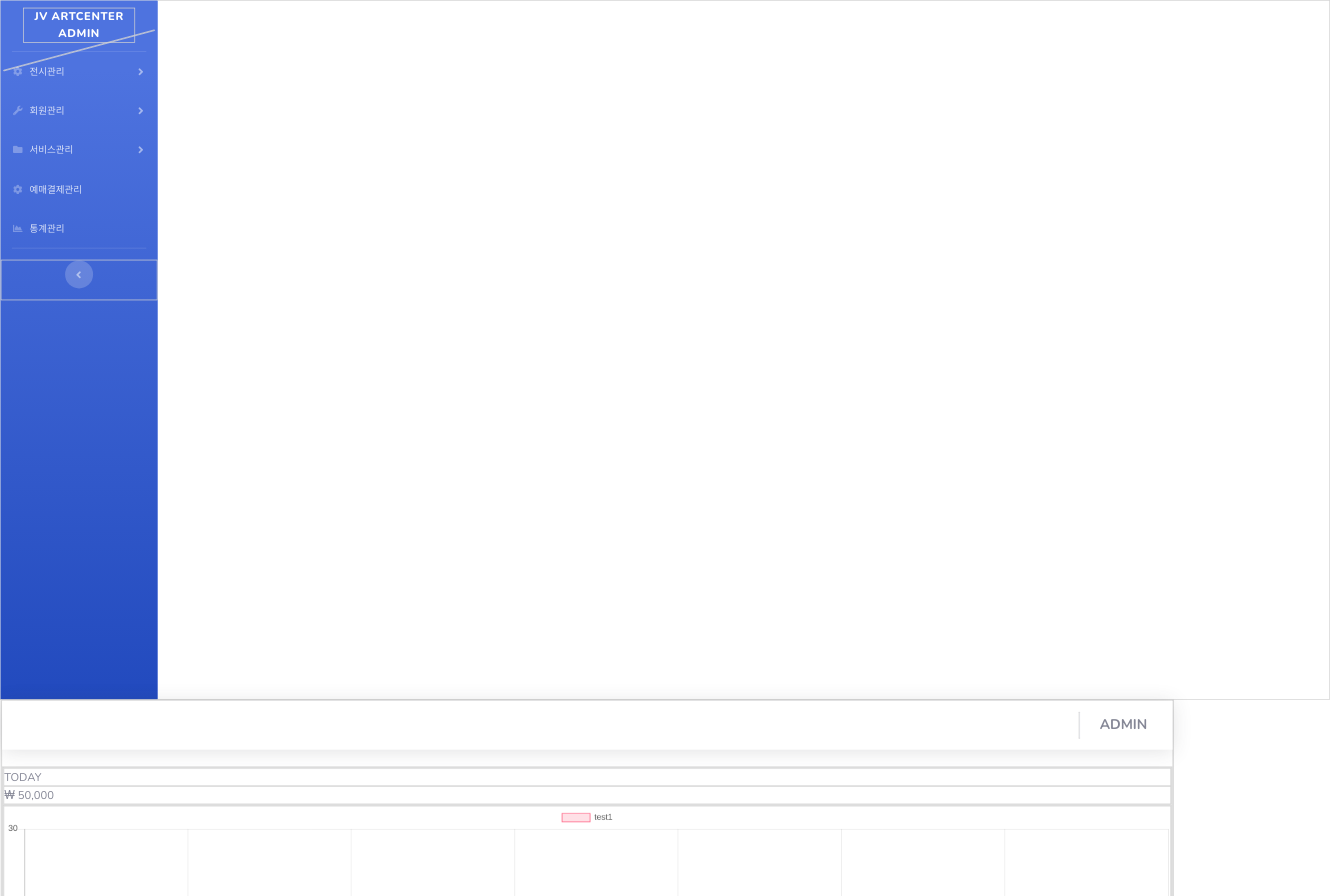
Repository: pshysd/SEMI_PROJECT
Page: http://localhost/JVArtCenter/views/admin/adminMain.jsp
The author's editor kept a copy of each file at every save. The page is drawn from the files as they stood at one save, then again after the next save.
The browser window is 1280 px wide. The page is 1900 px wide, so the pictures cover 1900 px, including what lies to the right of the window. The pictures show the part of the page from y = 0 to 1280 px (the page is 2930 px tall before and 4797 px after), at 70% of full size.
Some web libraries are served in a nearby version. The page is served by Tomcat 9. Nobody is signed in. The application's start-up code is not run.

Above is the page before, as saved 2022-10-27 07:26:53.
Console error: TypeError: Cannot read properties of null (reading 'length')

After the next save:
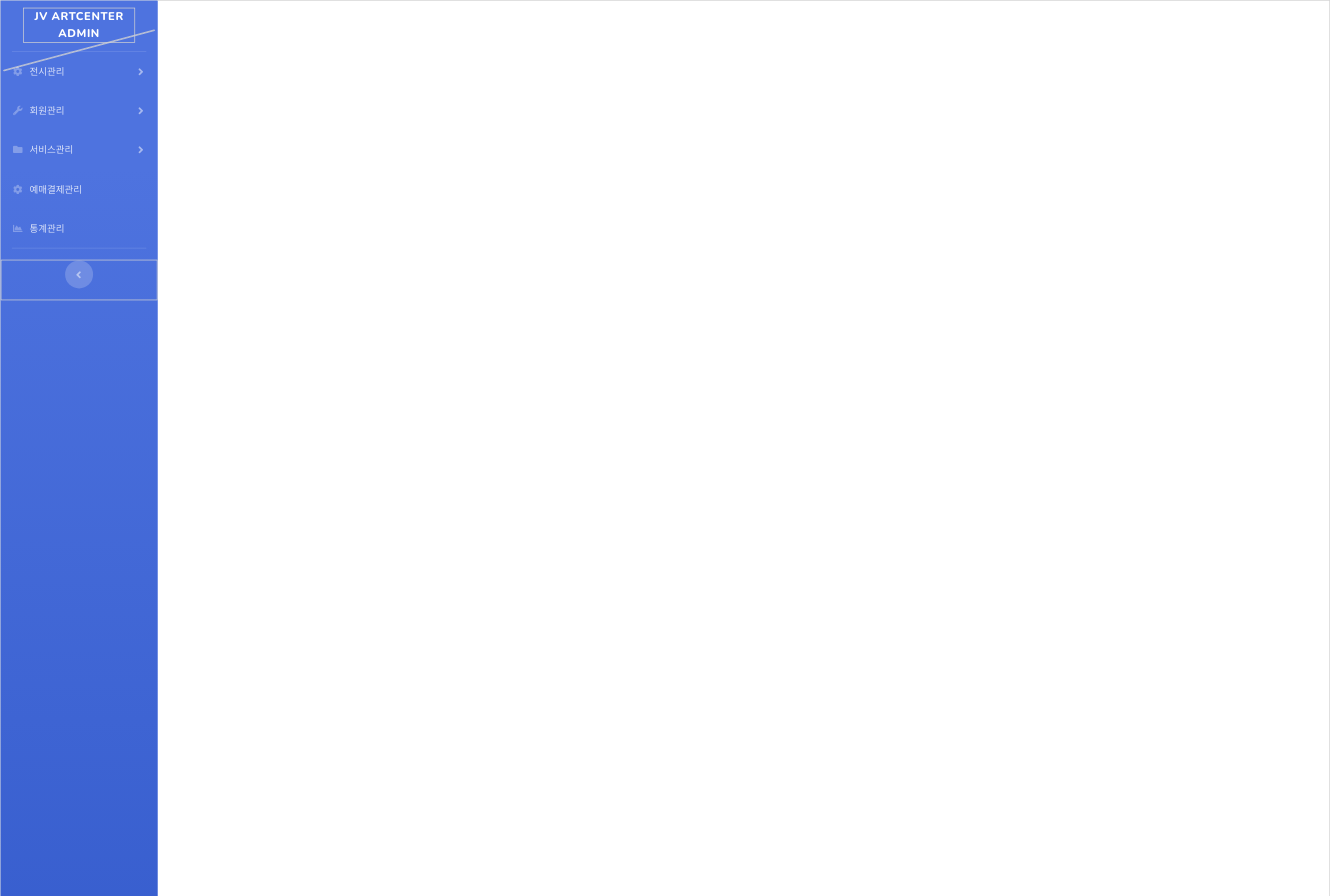
Saved 21 min 25 s later.
--- a/JVArtCenter/WebContent/views/admin/adminMain.jsp
+++ b/JVArtCenter/WebContent/views/admin/adminMain.jsp
@@ -41,7 +41,7 @@
 .wrapper {
 	width: 1900px;
 	/* 각자 필요한 길이만큼 height 속성값 수정해서 길이 조정 */
-	height: 1000px;
+	height: 2400px;
 }
 
 /* 완성하면 지워야됨 */
@@ -51,10 +51,7 @@ div {
 
 /* 완성하면 지워야됨 */
 ;
-.rows {
-	width: 100%;
-	height: 25%;
-}
+#content-wrapper
 #accordionSidebar {
 	width: 224px;
 }
@@ -101,16 +98,51 @@ div {
 					</div>
 					<!-- 차트 js영역 -->
 					<script type="text/javascript">
-						var barContext = document.getElementById('perMonth')
+						var lineContext = document.getElementById('perMonth')
 								.getContext('2d');
-						var perMonth = new Chart(barContext, {
-							type : 'bar', // 차트의 형태
+						var perMonth = new Chart(lineContext, {
+							type : 'line', // 차트의 형태
 							data : { // 차트에 들어갈 데이터
 								labels : [
 								//x 축
-								'1', '2', '3', '4', '5', '6', '7' ],
+								'7월', '8월', '9월', '10월', '11월', '12월' ],
 								datasets : [ { //데이터
-									label : 'test1', //차트 제목
+									label : '월간 매출 추이', //차트 제목
+									fill : false, // line 형태일 때, 선 안쪽을 채우는지 안채우는지
+									data : [ 1000000, 1200000, 3300000,
+											5500000, 5200000, 7000000, 12000000 //x축 label에 대응되는 데이터 값
+									],
+									backgroundColor : [
+									//색상
+									'rgba(255, 99, 132, 0.2)' ],
+									borderColor : [
+									//경계선 색상
+									'rgba(255, 99, 132, 1)' ],
+									//경계선 굵기
+									borderWidth : 3
+								} ]
+							},
+							options : {
+								maintainAspectRatio : false,
+								scales : {
+									yAxes : [ {
+										ticks : {
+											beginAtZero : true
+										}
+									} ]
+								}
+							}
+						});
+						var CircleContext = document.getElementById('gender')
+								.getContext('2d');
+						var gender = new Chart(CircleContext, {
+							type : 'doughnut', // 차트의 형태
+							data : { // 차트에 들어갈 데이터
+								labels : [
+								//x 축
+								'20대 남성', '20대 여성', '30대 남성', '30대 여성' ],
+								datasets : [ { //데이터
+									label : '성별별 예매율', //차트 제목
 									fill : false, // line 형태일 때, 선 안쪽을 채우는지 안채우는지
 									data : [ 21, 19, 25, 20, 23, 26, 25 //x축 label에 대응되는 데이터 값
 									],
@@ -135,51 +167,7 @@ div {
 								} ]
 							},
 							options : {
-								maintainaspectratio : false,
-								scales : {
-									yAxes : [ {
-										ticks : {
-											beginAtZero : true
-										}
-									} ]
-								}
-							}
-						});
-						var CircleContext = document.getElementById('gender')
-								.getContext('2d');
-						var gender = new Chart(CircleContext, {
-							type : 'doughnut', // 차트의 형태
-							data : { // 차트에 들어갈 데이터
-								labels : [
-								//x 축
-								'1', '2', '3', '4', '5', '6', '7' ],
-								datasets : [ { //데이터
-									label : 'test1', //차트 제목
-									fill : false, // line 형태일 때, 선 안쪽을 채우는지 안채우는지
-									data : [ 21, 19, 25, 20, 23, 26, 25 //x축 label에 대응되는 데이터 값
-									],
-									backgroundColor : [
-									//색상
-									'rgba(255, 99, 132, 0.2)',
-											'rgba(54, 162, 235, 0.2)',
-											'rgba(255, 206, 86, 0.2)',
-											'rgba(75, 192, 192, 0.2)',
-											'rgba(153, 102, 255, 0.2)',
-											'rgba(255, 159, 64, 0.2)' ],
-									borderColor : [
-									//경계선 색상
-									'rgba(255, 99, 132, 1)',
-											'rgba(54, 162, 235, 1)',
-											'rgba(255, 206, 86, 1)',
-											'rgba(75, 192, 192, 1)',
-											'rgba(153, 102, 255, 1)',
-											'rgba(255, 159, 64, 1)' ],
-									borderWidth : 1
-								//경계선 굵기
-								} ]
-							},
-							options : {
-								maintainaspectratio : false,
+								maintainAspectRatio : false,
 								scales : {
 									yAxes : [ {
 										ticks : {
